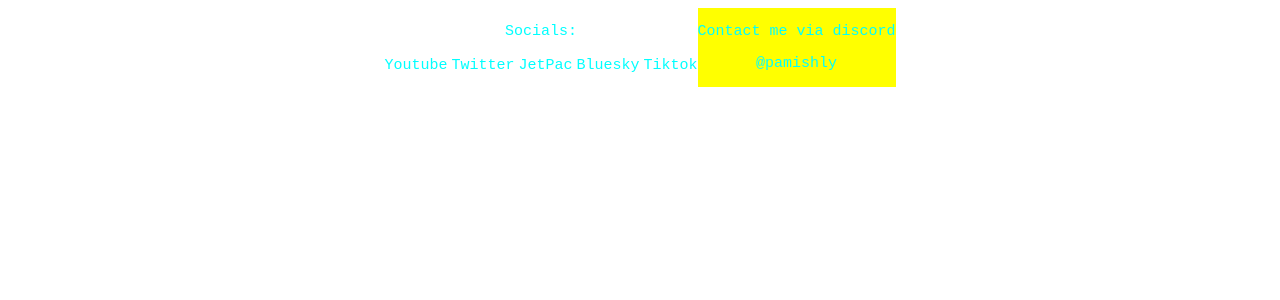
Repository: Pamishly/resources
Page: footer.html
The author's editor kept a copy of each file at every save. The page is drawn from the files as they stood at one save, then again after the next save.
The browser window is 1280 px wide. The pictures show the whole page.

Above is the page before, as saved 2025-01-26 01:13:54.

After the next save:
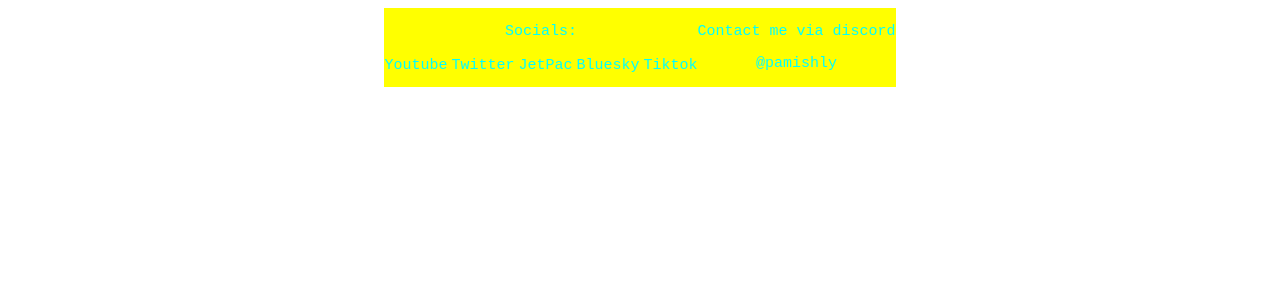
Saved 14 s later.
--- a/footer.html
+++ b/footer.html
@@ -27,4 +27,7 @@
     #contact {
         background: yellow;
     }
+    #social {
+        background: yellow;
+    }
 </style>
